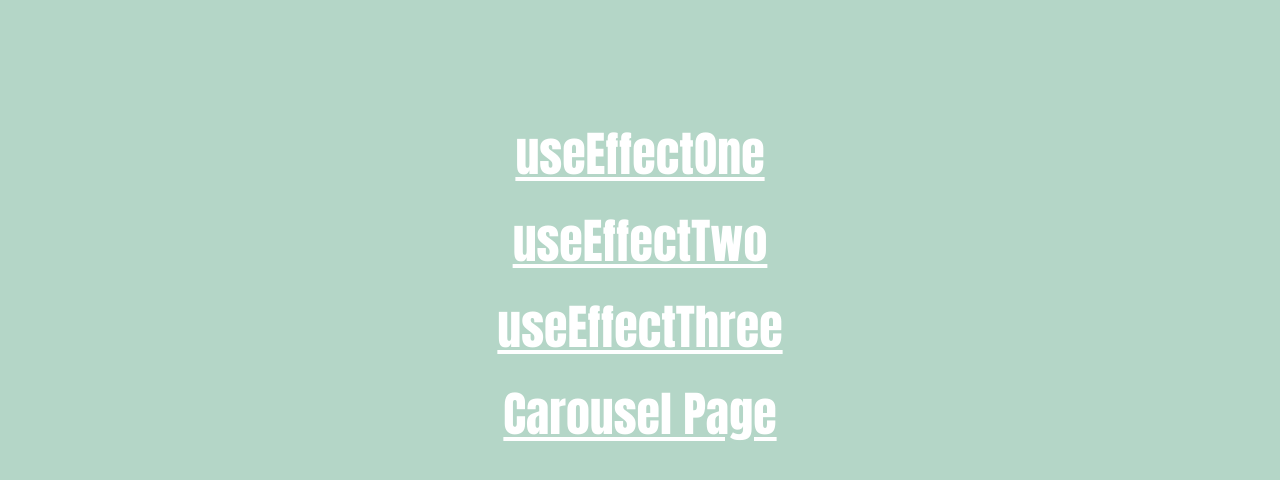
Repository: jennydmcm/useeffect-carousel
Page: /
The author's editor kept a copy of each file at every save. The page is drawn from the files as they stood at one save, then again after the next save.
The browser window is 1280 px wide. The pictures show the whole page.
The project was rebuilt for these pictures with package versions that can differ from the ones it lists, and the page was loaded fresh each time. The framework's server and built-in components were replaced by stand-ins that run in the browser. Also part of the build but not shown: next.config.js.

Above is the page before, as saved 2023-02-23 18:43:06.

### pages/index.js
import Head from 'next/head'
import styles from '@/styles/Home.module.css'
import Link from 'next/link'

export default function Home() {
  return (
    <>
      <Head>
        <title>Create Next App</title>
        <meta name="description" content="Generated by create next app" />
        <meta name="viewport" content="width=device-width, initial-scale=1" />
        <link rel="icon" href="/favicon.ico" />
      </Head>
      <main className={styles.main}>
        <Link className={styles.link} href="/useEffectOne">useEffectOne</Link>
        <Link className={styles.link} href="/useEffectTwo">useEffectTwo</Link>
        <Link className={styles.link} href="/useEffectThree">useEffectThree</Link>
        <Link className={styles.link} href="/carouselPage">Carousel Page</Link>
      </main>
    </>
  )
}

### styles/globals.css
:root {
    --background-color: #B4D6C7;
}

body {
    background-color: var(--background-color);
}

### styles/Home.module.css
.main {
  display: flex;
  flex-direction: column;
  justify-content: space-evenly;
  align-items: center;
  padding: 6rem;
  min-height: 50vh;
}

.link {
  font-family: Impact, Haettenschweiler, 'Arial Narrow Bold', sans-serif;
  font-size: 3rem;
  font-weight: lighter;
  color: white;
}

Loaded but not shown: pages/_app.js (common file); pages/_document.js (common file)

After the next save:
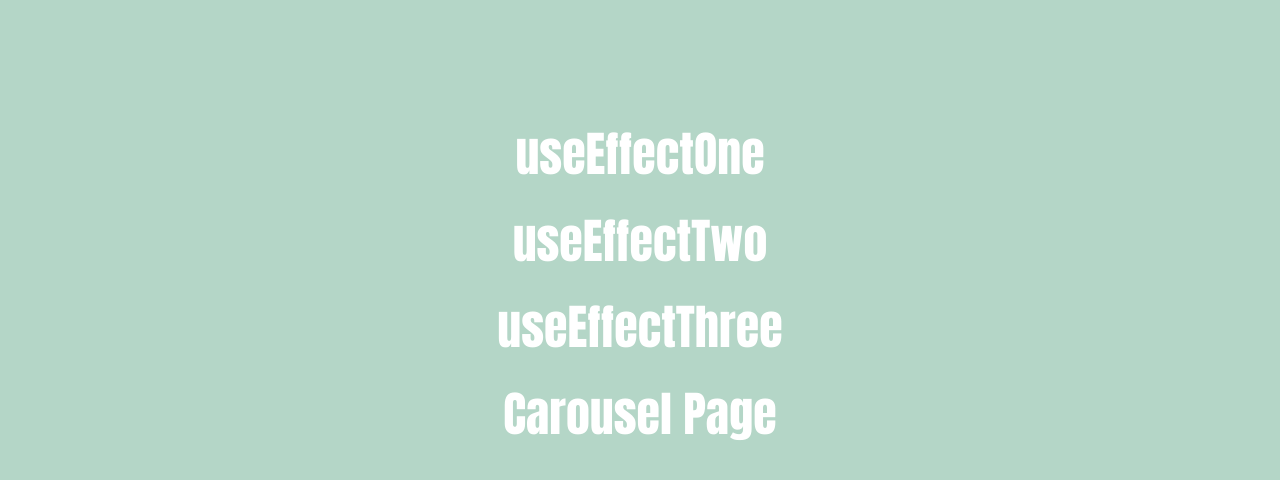
Saved 13 s later.
--- a/styles/Home.module.css
+++ b/styles/Home.module.css
@@ -12,4 +12,5 @@
   font-size: 3rem;
   font-weight: lighter;
   color: white;
+  text-decoration: wavy;
 }

After the 6 saves that followed:
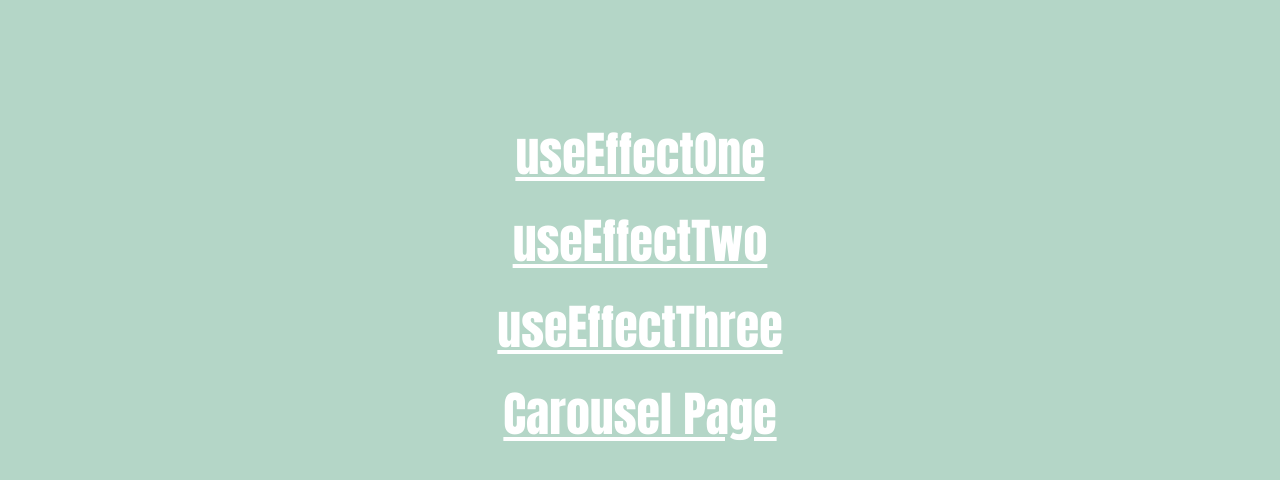
The 6 saves are shown as one change because 5 left the picture as it was.
The last was saved 95 s later.
--- a/styles/globals.css
+++ b/styles/globals.css
@@ -1,5 +1,6 @@
 :root {
     --background-color: #B4D6C7;
+    --text-hover: #636363;
 }
 
 body {
--- a/styles/Home.module.css
+++ b/styles/Home.module.css
@@ -12,5 +12,4 @@
   font-size: 3rem;
   font-weight: lighter;
   color: white;
-  text-decoration: wavy;
 }
